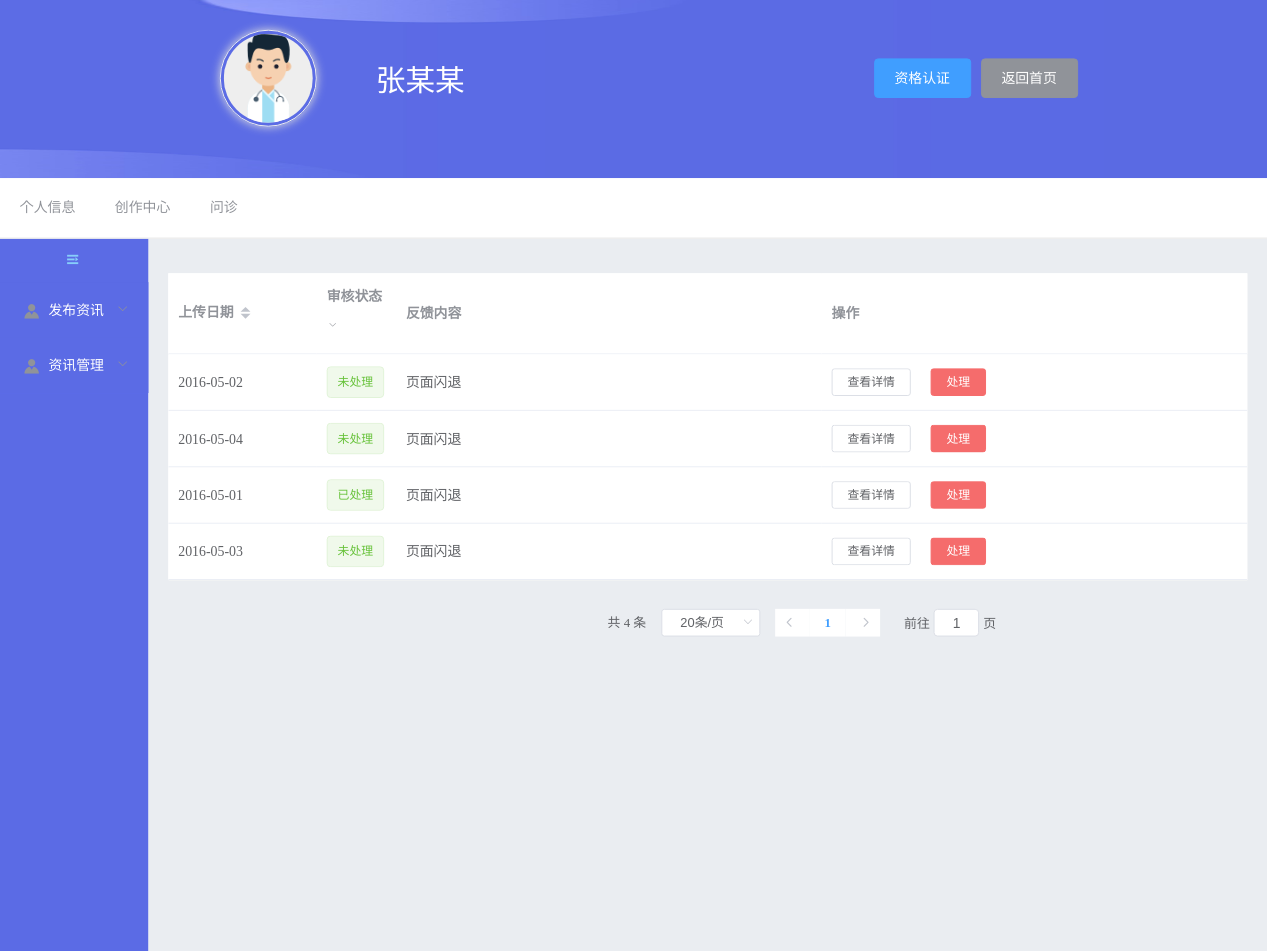
Repository: DiscreteL/SOA_Front
Page: /#/manageArticle
These files come from the project's save history. The page is drawn as it stood at one moment and after the next save; the edit follows.
The browser window is 1280 px wide. The pictures show the whole page, at 99% of full size.
The project was rebuilt for these pictures with package versions that can differ from the ones it lists, and the page was loaded fresh each time. Also part of the build but not shown: vue.config.js, src/components/navigation.vue, src/components/dialog.vue, src/views/news.vue, src/components/announcement.vue, src/components/patientKnow.vue, src/views/Home.vue, src/views/login.vue and 15 more.

Above is the page before, as saved 2021-11-29 12:37:04.

After the next save:
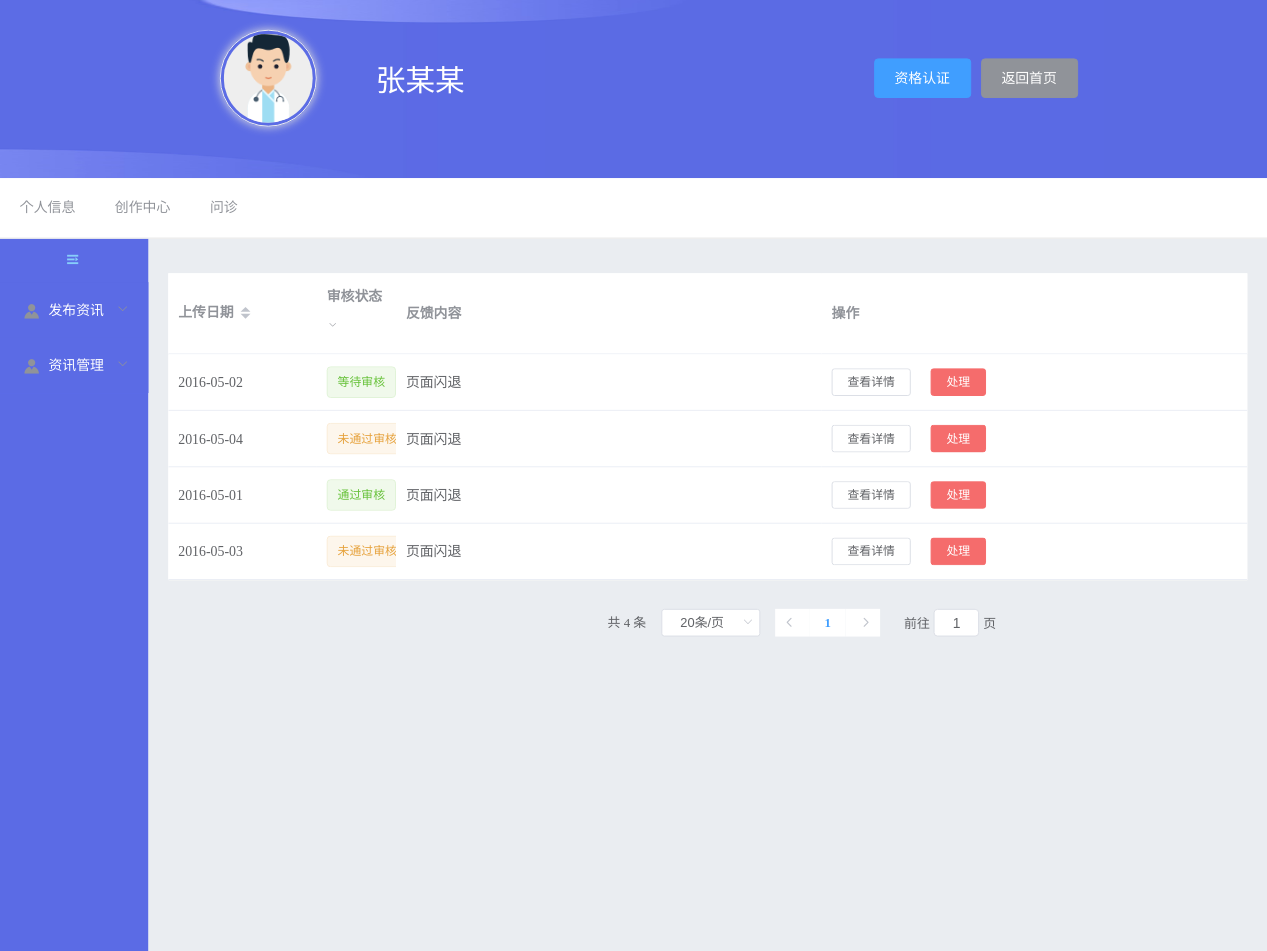
Saved 42 s later.
--- a/src/views/doctor/message/manageArticle.vue
+++ b/src/views/doctor/message/manageArticle.vue
@@ -103,25 +103,25 @@ export default {
       tableData: [
         {
           date: "2016-05-02",
-          status: "未处理",
+          status: "等待审核",
           id: '123456789',
           content: '页面闪退'
         },
         {
           date: "2016-05-04",
-          status: "未处理",
+          status: "未通过审核",
           id: '123456789',
           content: '页面闪退'
         },
         {
           date: "2016-05-01",
-          status: "已处理",
+          status: "通过审核",
           id: '123456789',
           content: '页面闪退'
         },
         {
           date: "2016-05-03",
-          status: "未处理",
+          status: "未通过审核",
           id: '123456789',
           content: '页面闪退'
         },
